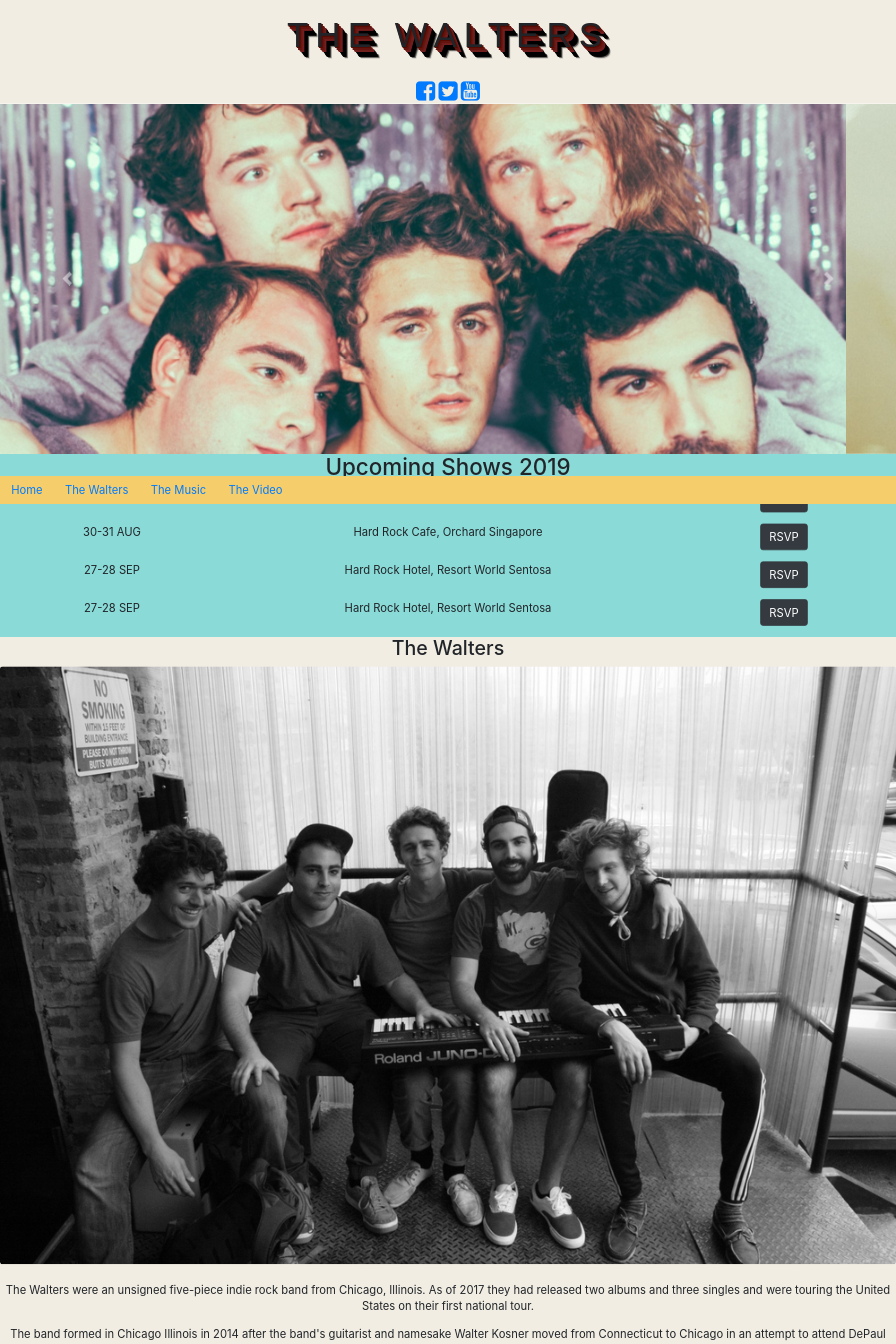
Repository: yucheng91/CIassignment1
Page: index.html
The author's editor kept a record of every edit. The page is drawn from the files as they stood at one moment, then again after the next edit.
The browser window is 1280 px wide. The pictures show the part of the page from y = 0 to 1920 px (the page is 4519 px tall before and 4486 px after), at 70% of full size.

Above is the page before.

### index.html
<!doctype html>
<html lang="en">

<head>
  <!-- Required meta tags -->
  <meta charset="utf-8">
  <meta name="viewport" content="width=device-width, initial-scale=1, shrink-to-fit=no">

  <!-- Bootstrap CSS -->
  <link rel="stylesheet" href="https://stackpath.bootstrapcdn.com/bootstrap/4.3.1/css/bootstrap.min.css" integrity="sha384-ggOyR0iXCbMQv3Xipma34MD+dH/1fQ784/j6cY/iJTQUOhcWr7x9JvoRxT2MZw1T" crossorigin="anonymous">
  <link rel="stylesheet" href="newstyle.css" type="text/css" />
  <link rel="stylesheet" href="https://maxcdn.bootstrapcdn.com/font-awesome/4.7.0/css/font-awesome.min.css" type="text/css" />
  <title>The Walters</title>
</head>

<body>
  <header>
        <div>
          <a name="Home" />
          <div class="vintage__container">
      <p class="vintage vintage__top">THE WALTERS</p>
      <p class="vintage vintage__bot">THE WALTERS</p>
        </div>
        </div>
        <div>
          <a href="https://www.facebook.com"><i class="fa fa-facebook-square fa-2x" aria-hidden="true"></i></a>
          <a href="https://www.twitter.com"><i class="fa fa-twitter-square fa-2x" aria-hidden="true"></i></a>
          <a href="https://www.youtube.com"><i class="fa fa-youtube-square fa-2x" aria-hidden="true"></i></a>
        </div>
      </div>
    </div>
  </header>

  <section id ="thecarousel">
  <div id="carouselExampleControls" class="carousel slide" data-ride="carousel">
    <div class="carousel-inner">
      <div class="carousel-item active">
        <img class="d-block w-100" src="images/c1.jpg" alt="First slide">
      </div>
      <div class="carousel-item">
        <img class="d-block w-100" src="images/c2.jpg" alt="Second slide">
      </div>
      <div class="carousel-item">
        <img class="d-block w-100" src="images/c3.jpg" alt="Third slide">
      </div>
    </div>
    <a class="carousel-control-prev" href="#carouselExampleControls" role="button" data-slide="prev">
    <span class="carousel-control-prev-icon" aria-hidden="true"></span>
    <span class="sr-only">Previous</span>
  </a>
    <a class="carousel-control-next" href="#carouselExampleControls" role="button" data-slide="next">
    <span class="carousel-control-next-icon" aria-hidden="true"></span>
    <span class="sr-only">Next</span>
  </a>
  </div>
  </section>

  <section id="upcomingshow">
    <div>
      <h2>Upcoming Shows 2019</h2>
      <div class="container-fluid">
        <div class="row">
          <div class="col-12 col-md-3">
            <p>26-27 JUL</p>
          </div>
          <div class="col-12 col-md-6">
            <p>Hard Rock Hotel, Resort World Sentosa</p>
          </div>
          <div class="col-12 col-md-3 text-center">
            <a href="https://www.eventbrite.sg"><button type="button" class="btn btn-dark">RSVP</button></p></a>
          </div>
        </div>

        <div class="row">
          <div class="col-12 col-md-3">
            <p>30-31 AUG</p>
          </div>
          <div class="col-12 col-md-6">
            <p>Hard Rock Cafe, Orchard Singapore</p>
          </div>
          <div class="col-12 col-md-3 text-center">
            <a href="https://www.eventbrite.sg"><button type="button" class="btn btn-dark">RSVP</button></p></a>
          </div>
        </div>
        <div class="row">
          <div class="col-12 col-md-3">
            <p>27-28 SEP</p>
          </div>
          <div class="col-12 col-md-6">
            <p>Hard Rock Hotel, Resort World Sentosa</p>
          </div>
          <div class="col-12 col-md-3 text-center">
            <a href="https://www.eventbrite.sg"><button type="button" class="btn btn-dark">RSVP</button></p></a>
          </div>
        </div>
        <div class="row">
          <div class="col-12 col-md-3">
            <p>27-28 SEP</p>
          </div>
          <div class="col-12 col-md-6">
            <p>Hard Rock Hotel, Resort World Sentosa</p>
          </div>
          <div class="col-12 col-md-3 text-center">
            <a href="https://www.eventbrite.sg"><button type="button" class="btn btn-dark">RSVP</button></p></a>
          </div>
        </div>
      </div>
  </section>

  <section id="themembers">
    <div class="members">
      <a name="TheWalters" />
      <h3>The Walters</h3>
      <img src="images/groupphoto.jpeg" class="img-fluid rounded" alt="Responsive image">
      <br><br>
      <p>The Walters were an unsigned five-piece indie rock band from Chicago, Illinois. As of 2017 they had released two albums and three singles and were touring the United States on their first national tour.</p>
      <p>The band formed in Chicago Illinois in 2014 after the band's guitarist and namesake Walter Kosner moved from Connecticut to Chicago in an attempt to attend DePaul University. After dropping out of the school, Kosner recruited the rest of the band
        members who eventually would form The Walters. That same year the band released their first recorded effort, Songs for Dads. The release saw the band charting on Spotify's United States Viral Top 50. This caught the attention of Mario Cuomo,singer
        of The Orwells, who brought the band's music to Canvasback Records. As part of the label's ongoing monthly singles series, Canvasclub, The Walters released two songs, entitled "Hunk Beach" and "I Want to Be Good".Their song "I Love You So" has
        earned over 11,000,000 views on YouTube since 2014. In a 2015 interview with Ben Niesdopziany from These Days[8] the band stated that the names of their EPs and singles are not always reflective of the music's content and were instead chosen for
        their humor or because the band liked the name. During 2015 the band also recorded their second full-length effort, Young Men, which was also an independently recorded and distributed release.</p>
      <div class="container-fluid">
        <div class="row">
          <div class="col-3"></div>
          <div class="col-12 col-md-3 card-padding">
            <div class="card">
              <img class="card-img-top" src="images/LukeOlson.png" alt="Card image cap">
              <div class="card-body">
                <h5 class="card-title">Luke Olson</h5>
                <p class="card-text">Lead vocalist & guitarist</p>
              </div>
            </div>
          </div>
          <div class="col-12 col-md-3 card-padding">
            <div class="card">
              <img class="card-img-top" src="images/walterkosner.png" alt="Card image cap">
              <div class="card-body">
                <h5 class="card-title">Walter Kosner</h5>
                <p class="card-text">Lead guitarist</p>
              </div>
            </div>
          </div>
          <div class="col-3"></div>
        </div>
        <div class="row">
          <div class="col-1"></div>
          <div class="col-12 col-md-3 card-padding">
            <div class="card">
              <img class="card-img-top" src="images/CharlieEkhaus.jpeg" alt="Card image cap">
              <div class="card-body">
                <h5 class="card-title">Charlie Ekhaus</h5>
                <p class="card-text">Drummer</p>
              </div>
            </div>
          </div>
          <div class="col-12 col-md-3 card-padding">
            <div class="card">
              <img class="card-img-top" src="images/MJTirabassi.jpeg" alt="Card image cap">
              <div class="card-body">
                <h5 class="card-title">Michael Tirabassi</h5>
                <p class="card-text">Vocalist and guitarist</p>
              </div>
            </div>
          </div>
          <div class="col-12 col-md-3 card-padding">
            <div class="card">
              <img class="card-img-top" src="images/DannyWells.png" alt="Card image cap">
              <div class="card-body">
                <h5 class="card-title">Danny Wells</h5>
                <p class="card-text">Bass</p>
              </div>
            </div>
          </div>
          <div class="col-1"></div>
        </div>
      </div>
    </div>
  </section>


  <section id="themusic">
    <div class="music">
      <a name="Music" />
      <h3>The Music</h3>
      <div class="container-fluid">
        <div class="row">
          <div class="col-2"></div>
          <div class="col-12 col-md-4">
            <iframe src="https://open.spotify.com/embed/album/3MFTbUnA8C9T6KCBb0gpH5" style="border: 0; width: 100%; height: 380px;" allowfullscreen allow="autoplay; encrypted-media"></iframe>
          </div>
          <div class="col-12 col-md-4">
            <iframe src="https://open.spotify.com/embed/album/5ADia0t4o7pA8dyi8jRA4E" style="border: 0; width: 100%; height: 380px;" allowfullscreen allow="autoplay; encrypted-media"></iframe>
          </div>
          <div class="col-2"></div>
        </div>
  </section>

  <section id="thevideo">
    <div class="video">
      <a name="Video" />
      <h3>The Video</h3><br/>
      <div class="embed-responsive embed-responsive-16by9">
        <iframe class="embed-responsive-item" src="https://www.youtube.com/embed/5zfrnme2nJ4" allowfullscreen></iframe>
      </div>
    </div>
  </section>

<footer>
  <ul class="nav justify-content-start">
    <li class="nav-item">
      <a class="nav-link active" href="#Home">Home</a>
    </li>
    <li class="nav-item">
      <a class="nav-link" href="#TheWalters">The Walters</a>
    </li>
    <li class="nav-item">
      <a class="nav-link" href="#Music">The Music</a>
    </li>
    <li class="nav-item">
      <a class="nav-link" href="#Video">The Video</a>
    </li>
  </ul>
    <!--<div class="navbar">-->
    <!--  <ul class="nav justify-content-start">-->
    <!--    <li class="nav-item">-->
    <!--      <a class="nav-link active" href="#Home">HOME</a>-->
    <!--    </li>-->
    <!--    <li class="nav-item">-->
    <!--      <a class="nav-link" href="#TheWalters">THE WALTERS</a>-->
    <!--    </li>-->
    <!--    <li class="nav-item">-->
    <!--      <a class="nav-link" href="#Music">MUSIC</a>-->
    <!--    </li>-->
    <!--    <li class="nav-item">-->
    <!--      <a class="nav-link" href="#Video">VIDEO</a>-->
    <!--    </li>-->
    <!--  </ul>-->
    <!--</div>-->
</footer>

  <!-- Optional JavaScript -->
  <!-- jQuery first, then Popper.js, then Bootstrap JS -->
  <script src="https://code.jquery.com/jquery-3.3.1.slim.min.js" integrity="sha384-q8i/X+965DzO0rT7abK41JStQIAqVgRVzpbzo5smXKp4YfRvH+8abtTE1Pi6jizo" crossorigin="anonymous"></script>
  <script src="https://cdnjs.cloudflare.com/ajax/libs/popper.js/1.14.7/umd/popper.min.js" integrity="sha384-UO2eT0CpHqdSJQ6hJty5KVphtPhzWj9WO1clHTMGa3JDZwrnQq4sF86dIHNDz0W1" crossorigin="anonymous"></script>
  <script src="https://stackpath.bootstrapcdn.com/bootstrap/4.3.1/js/bootstrap.min.js" integrity="sha384-JjSmVgyd0p3pXB1rRibZUAYoIIy6OrQ6VrjIEaFf/nJGzIxFDsf4x0xIM+B07jRM" crossorigin="anonymous"></script>
</body>

</html>

### newstyle.css
.vintage__container {
  display: inline-block;
  margin: 25px auto 40px;
}

.vintage {
  font-family: 'Six Caps', sans-serif;
  font-size: 50px;
  letter-spacing: 10px;
  line-height: 1;
  margin: 0;
  position: relative;
}

.vintage__top {
    color:rgb(255, 228, 193);
    position: absolute;
}

.vintage__bot {
  text-shadow:
    1px 1px rgb(85, 10, 0),
    2px 2px rgb(90, 15, 5),
    3px 4px rgb(100, 20, 15),
    4px 5px rgb(105, 25, 20),
    5px 6px rgb(110, 30, 25),
    6px 7px rgb(115, 30, 30),
    7px 8px rgb(120, 30, 35),
    8px 9px black,
    9px 10px black,
    10px 11px black,
    11px 13px black,
    12px 14px rgba(0, 0, 0, 0.9),
    13px 15px rgba(0, 0, 0, 0.7),
    14px 16px rgba(0, 0, 0, 0.5),
    15px 18px rgba(0, 0, 0, 0.1);

}

body {
    text-align:center;
}

header {
    background-color:#f1ede2;
}

/*img is only for carousel*/
img {
    height: 500px;
    width: 100%;
    object-fit: cover;
}

#upcomingshow{
    background-color:#8adad7;
}

#themembers{
    background-color:#f1ede2;
}

#themusic{
    background-color:#ff7858;
}

#thevideo{
    background-color:#f1ede2;
}
footer {
    position: fixed;
    bottom: 0;
    width: 100%;
    padding:0;
    background-color:#f5cd6b;
}

@media (max-width: 767px) {
    body {
        font-size: 15px;
    }

    h1 {
        font-size: 27px;
    }

    h2 {
        font-size: 20px;
    }

    p {
        font-size: 15px;
    }

    navbar {
        font-size: 15px;
    }

}

@media (max-width:359px) {
    section {
        padding-bottom:76px;
    }
}

After the next edit:
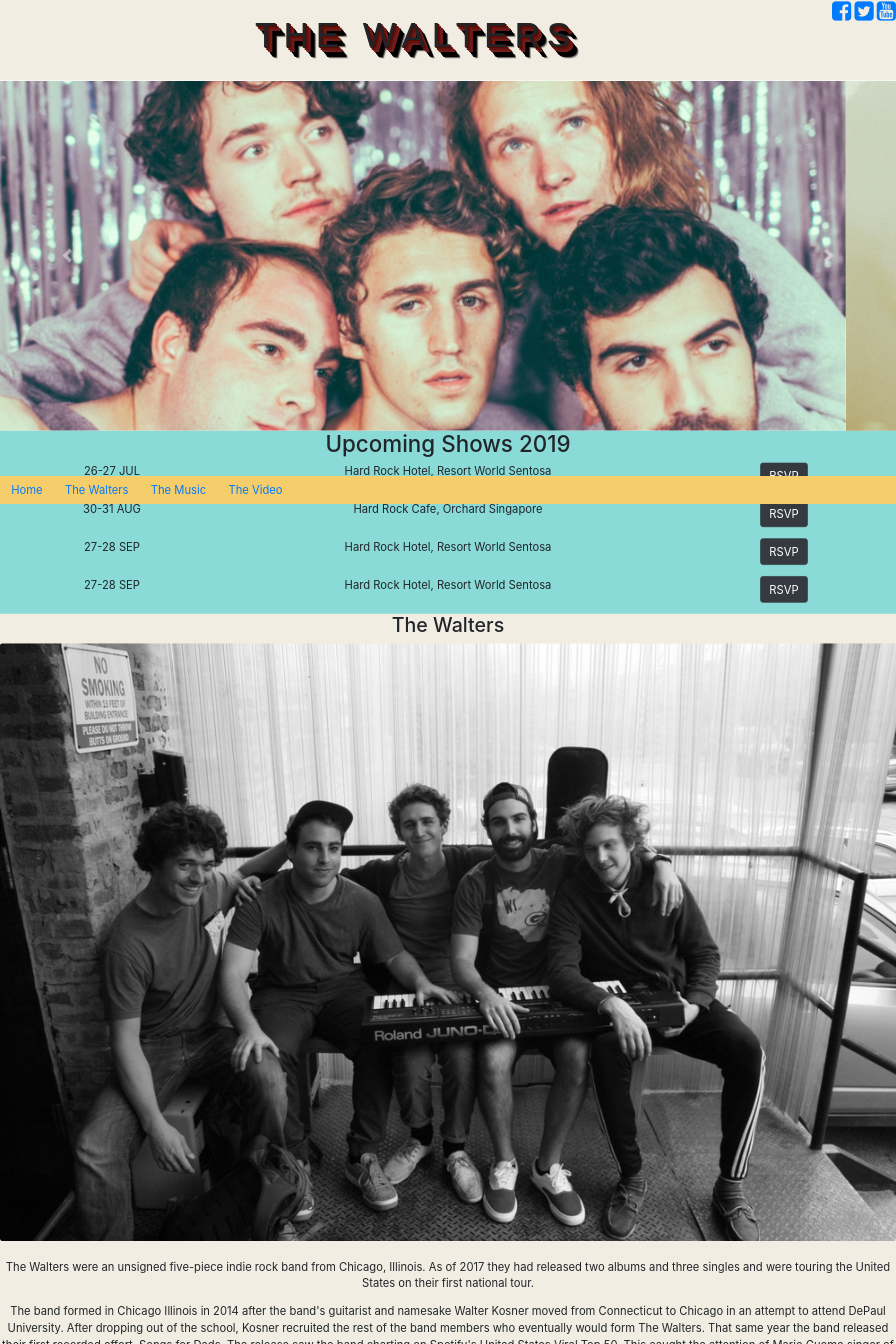
The edit:
--- a/index.html
+++ b/index.html
@@ -15,7 +15,9 @@
 
 <body>
   <header>
-        <div>
+      <div class="container-fluid">
+        <div class="row">
+          <div class="col">
           <a name="Home" />
           <div class="vintage__container">
       <p class="vintage vintage__top">THE WALTERS</p>

After the edit that followed:
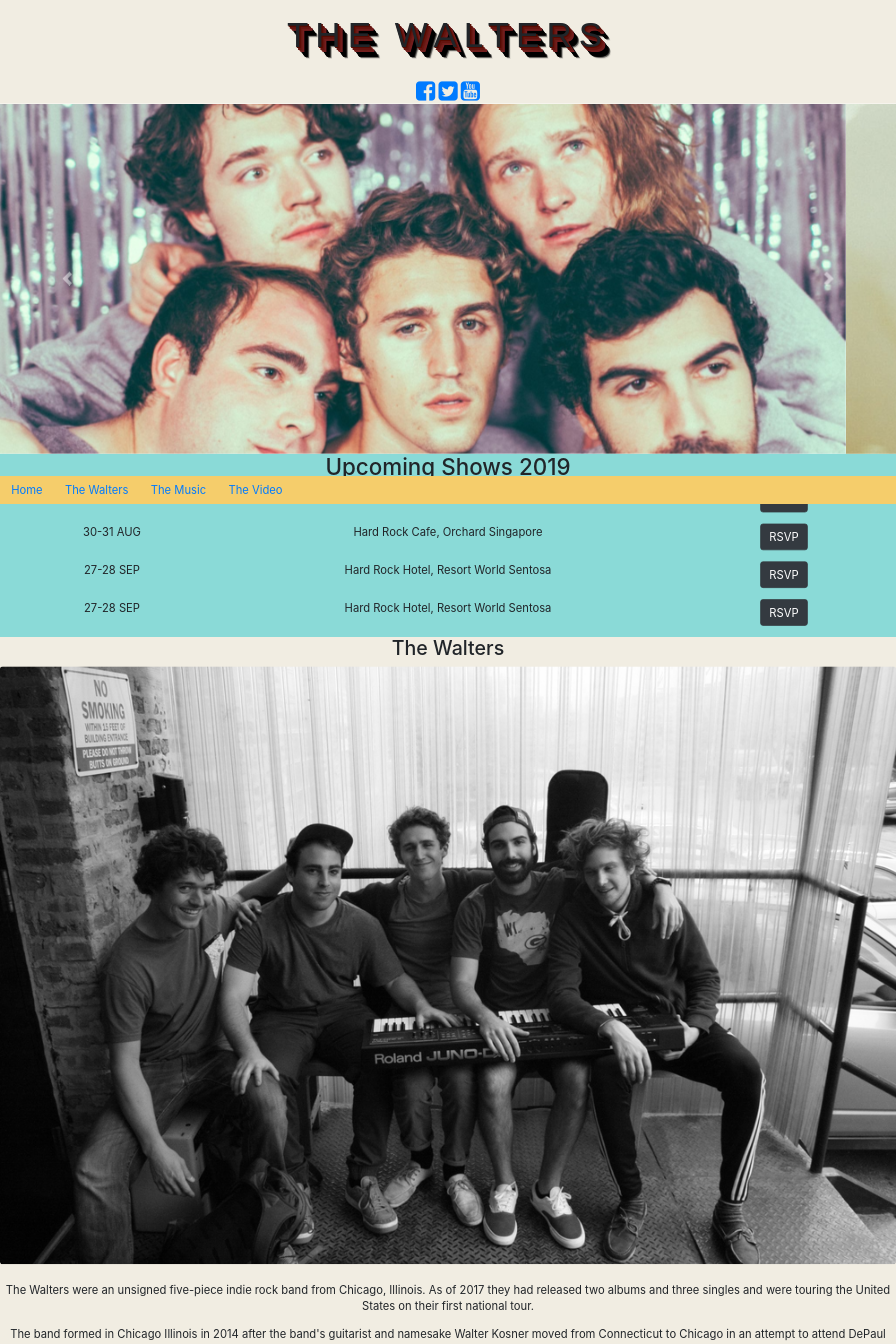
The edit:
--- a/index.html
+++ b/index.html
@@ -15,46 +15,46 @@
 
 <body>
   <header>
-      <div class="container-fluid">
-        <div class="row">
-          <div class="col">
+    <div class="container-fluid">
+      <div class="row">
+        <div class="col">
           <a name="Home" />
           <div class="vintage__container">
-      <p class="vintage vintage__top">THE WALTERS</p>
-      <p class="vintage vintage__bot">THE WALTERS</p>
-        </div>
-        </div>
-        <div>
-          <a href="https://www.facebook.com"><i class="fa fa-facebook-square fa-2x" aria-hidden="true"></i></a>
-          <a href="https://www.twitter.com"><i class="fa fa-twitter-square fa-2x" aria-hidden="true"></i></a>
-          <a href="https://www.youtube.com"><i class="fa fa-youtube-square fa-2x" aria-hidden="true"></i></a>
-        </div>
-      </div>
+            <p class="vintage vintage__bot">THE WALTERS</p>
+          </div>
+        </div>
+      </div>
+      <div>
+        <a href="https://www.facebook.com"><i class="fa fa-facebook-square fa-2x" aria-hidden="true"></i></a>
+        <a href="https://www.twitter.com"><i class="fa fa-twitter-square fa-2x" aria-hidden="true"></i></a>
+        <a href="https://www.youtube.com"><i class="fa fa-youtube-square fa-2x" aria-hidden="true"></i></a>
+      </div>
+    </div>
     </div>
   </header>
 
-  <section id ="thecarousel">
-  <div id="carouselExampleControls" class="carousel slide" data-ride="carousel">
-    <div class="carousel-inner">
-      <div class="carousel-item active">
-        <img class="d-block w-100" src="images/c1.jpg" alt="First slide">
-      </div>
-      <div class="carousel-item">
-        <img class="d-block w-100" src="images/c2.jpg" alt="Second slide">
-      </div>
-      <div class="carousel-item">
-        <img class="d-block w-100" src="images/c3.jpg" alt="Third slide">
-      </div>
-    </div>
-    <a class="carousel-control-prev" href="#carouselExampleControls" role="button" data-slide="prev">
+  <section id="thecarousel">
+    <div id="carouselExampleControls" class="carousel slide" data-ride="carousel">
+      <div class="carousel-inner">
+        <div class="carousel-item active">
+          <img class="d-block w-100" src="images/c1.jpg" alt="First slide">
+        </div>
+        <div class="carousel-item">
+          <img class="d-block w-100" src="images/c2.jpg" alt="Second slide">
+        </div>
+        <div class="carousel-item">
+          <img class="d-block w-100" src="images/c3.jpg" alt="Third slide">
+        </div>
+      </div>
+      <a class="carousel-control-prev" href="#carouselExampleControls" role="button" data-slide="prev">
     <span class="carousel-control-prev-icon" aria-hidden="true"></span>
     <span class="sr-only">Previous</span>
   </a>
-    <a class="carousel-control-next" href="#carouselExampleControls" role="button" data-slide="next">
+      <a class="carousel-control-next" href="#carouselExampleControls" role="button" data-slide="next">
     <span class="carousel-control-next-icon" aria-hidden="true"></span>
     <span class="sr-only">Next</span>
   </a>
-  </div>
+    </div>
   </section>
 
   <section id="upcomingshow">
@@ -207,21 +207,21 @@
     </div>
   </section>
 
-<footer>
-  <ul class="nav justify-content-start">
-    <li class="nav-item">
-      <a class="nav-link active" href="#Home">Home</a>
-    </li>
-    <li class="nav-item">
-      <a class="nav-link" href="#TheWalters">The Walters</a>
-    </li>
-    <li class="nav-item">
-      <a class="nav-link" href="#Music">The Music</a>
-    </li>
-    <li class="nav-item">
-      <a class="nav-link" href="#Video">The Video</a>
-    </li>
-  </ul>
+  <footer>
+    <ul class="nav justify-content-start">
+      <li class="nav-item">
+        <a class="nav-link active" href="#Home">Home</a>
+      </li>
+      <li class="nav-item">
+        <a class="nav-link" href="#TheWalters">The Walters</a>
+      </li>
+      <li class="nav-item">
+        <a class="nav-link" href="#Music">The Music</a>
+      </li>
+      <li class="nav-item">
+        <a class="nav-link" href="#Video">The Video</a>
+      </li>
+    </ul>
     <!--<div class="navbar">-->
     <!--  <ul class="nav justify-content-start">-->
     <!--    <li class="nav-item">-->
@@ -238,7 +238,7 @@
     <!--    </li>-->
     <!--  </ul>-->
     <!--</div>-->
-</footer>
+  </footer>
 
   <!-- Optional JavaScript -->
   <!-- jQuery first, then Popper.js, then Bootstrap JS -->
